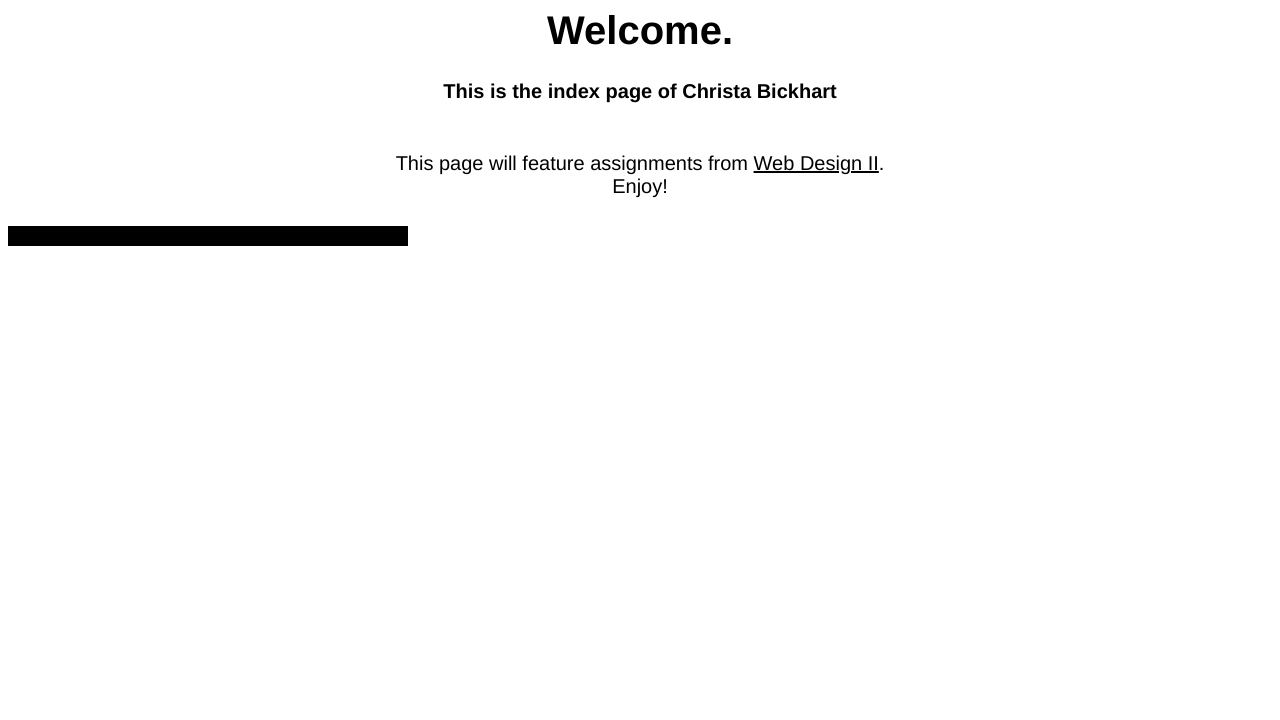
Repository: cbickhar/cbickhar.github.io
Page: index.html
The author's editor kept a record of every edit. The page is drawn from the files as they stood at one moment, then again after the next edit.
The browser window is 1280 px wide. The pictures show the whole page.

Above is the page before.

After the next edit:
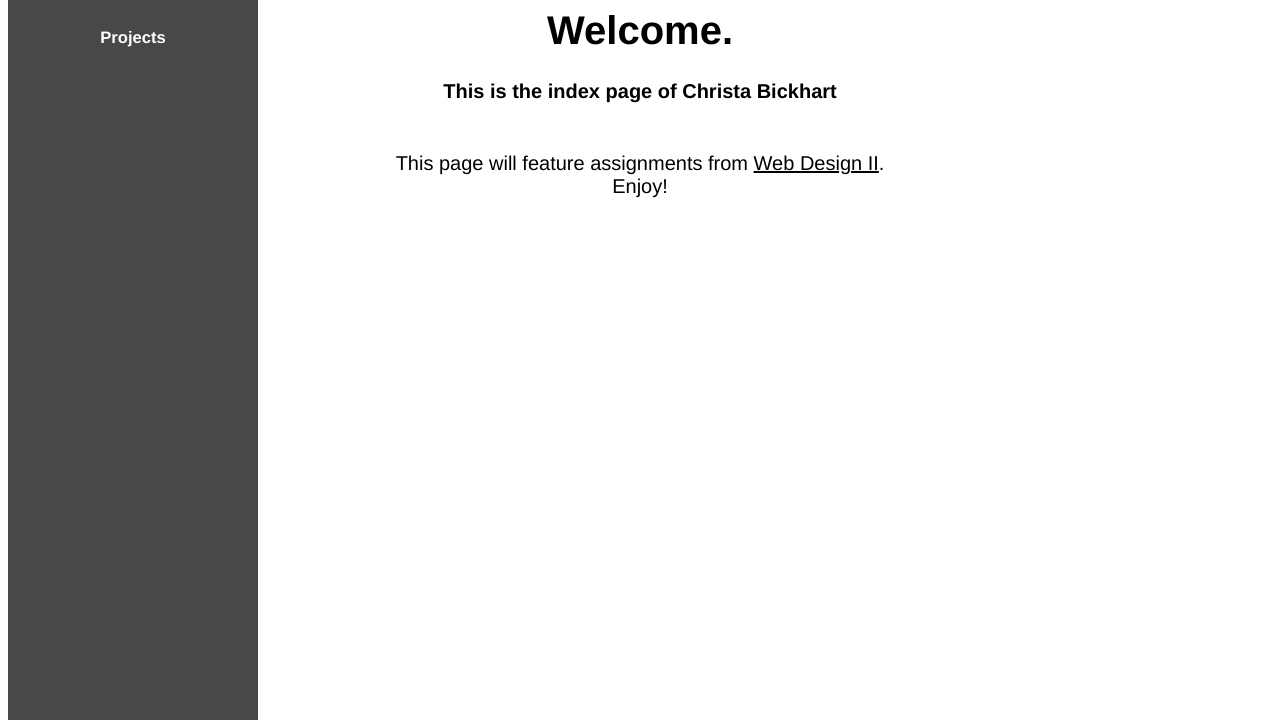
The edit:
--- a/styles.css
+++ b/styles.css
@@ -30,3 +30,14 @@
     width: 400px;
     text-align: center;
 }
+
+.sidebar {
+    font-family: helvetica, sans-serif;
+	font-size: 20px;
+	position: fixed;
+	background-color: #484848;
+	color: white;
+	width: 250px;
+	height: 100%;
+	top: 0px;
+}
